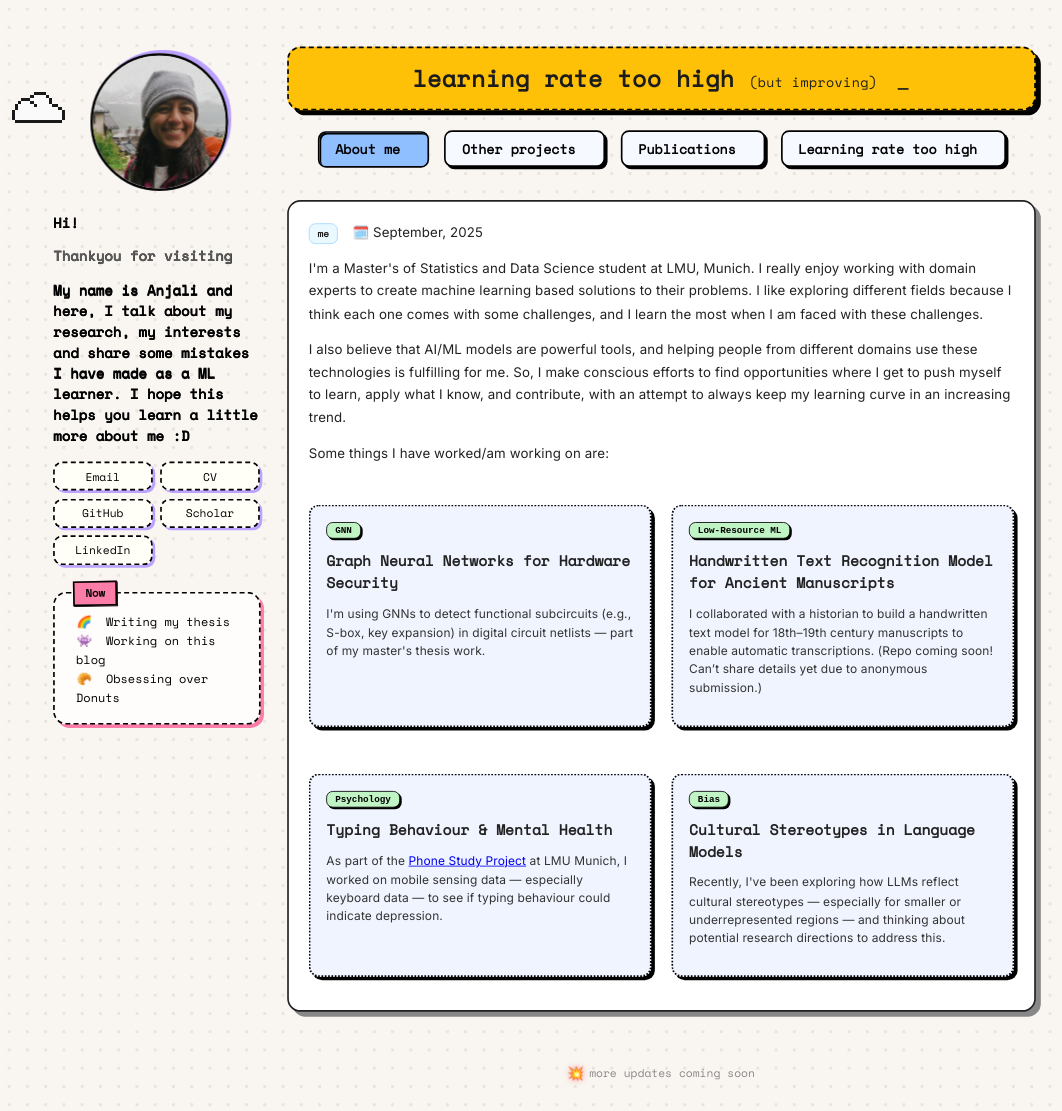
Repository: anjalisarawgi/learning_rate_too_high
Page: index.html
These files come from the project's save history. The page is drawn as it stood at one moment and after the next save; the edit follows.
The browser window is 1280 px wide. The pictures show the whole page, at 83% of full size.

Above is the page before, as saved 2025-11-04 15:32:30.

After the next save:
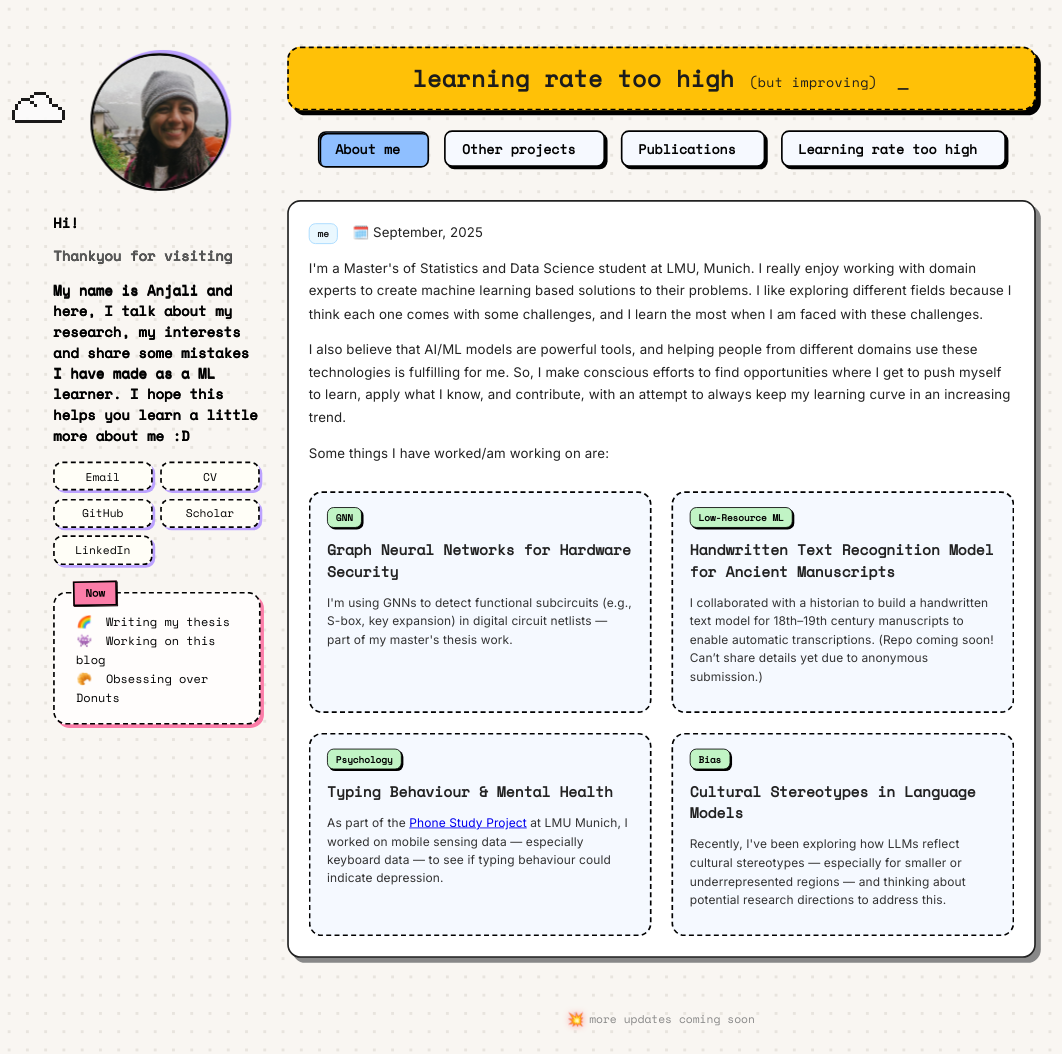
Saved 6 s later.
--- a/index.html
+++ b/index.html
@@ -490,70 +490,7 @@ nav a::after {
 nav a:hover::after {
   opacity: 1;
 }
-/* White content box styling */
-.content-box {
-  background: #fffdf9;
-  border: 2px dashed #2a2a2a;
-  border-radius: 16px;
-  padding: 2rem;
-  box-shadow: 6px 6px 0 #000;
-  font-family: "IBM Plex Mono", monospace;
-  color: #2a2a2a;
-  margin: 2rem auto;
-  width: 90%;
-  max-width: 850px;
-  line-height: 1.6;
-}
-
-/* Header + date style inside content box */
-.content-box .date {
-  font-size: 0.9rem;
-  color: #444;
-  display: flex;
-  align-items: center;
-  margin-bottom: 1rem;
-}
-.content-box .date::before {
-  content: "📅";
-  margin-right: 0.4rem;
-}
-
-/* Paragraph spacing and tone */
-.content-box p {
-  margin-bottom: 1rem;
-}
-
-/* Project cards inside box */
-.project-card {
-  border: 2px dotted #000;
-  border-radius: 12px;
-  background: #f0f4ff;
-  padding: 1.2rem;
-  margin: 1rem 0;
-  box-shadow: 4px 4px 0 #000;
-  font-family: "IBM Plex Mono", monospace;
-}
-
-.project-card h3 {
-  background: #cfe8ff;
-  display: inline-block;
-  padding: 0.2rem 0.6rem;
-  border-radius: 8px;
-  border: 1.5px solid #000;
-  font-size: 0.95rem;
-  margin-bottom: 0.8rem;
-}
-
-.project-card p {
-  font-size: 0.9rem;
-}
-
-/* Hover detail */
-.project-card:hover {
-  transform: translate(-3px, -3px);
-  box-shadow: 6px 6px 0 #000;
-  transition: 0.15s ease;
-}
+
 
   </style>
 </head>
